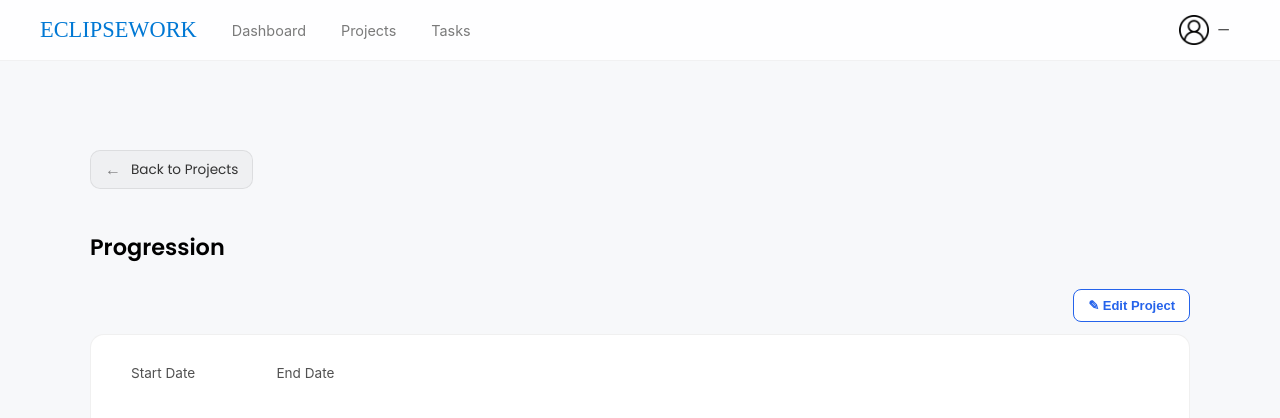
Repository: lynaannou/work-management-app
Page: src/main/resources/ressources/view/workspace.html
An editor plug-in stored every save of this project. The page is shown before and after the next save, followed by the edit.
The browser window is 1280 px wide. The pictures show the whole page.
Some web fonts or font styles are not loaded; a fallback is used.

Above is the page before, as saved 2025-12-25 11:29:38.

After the next save:
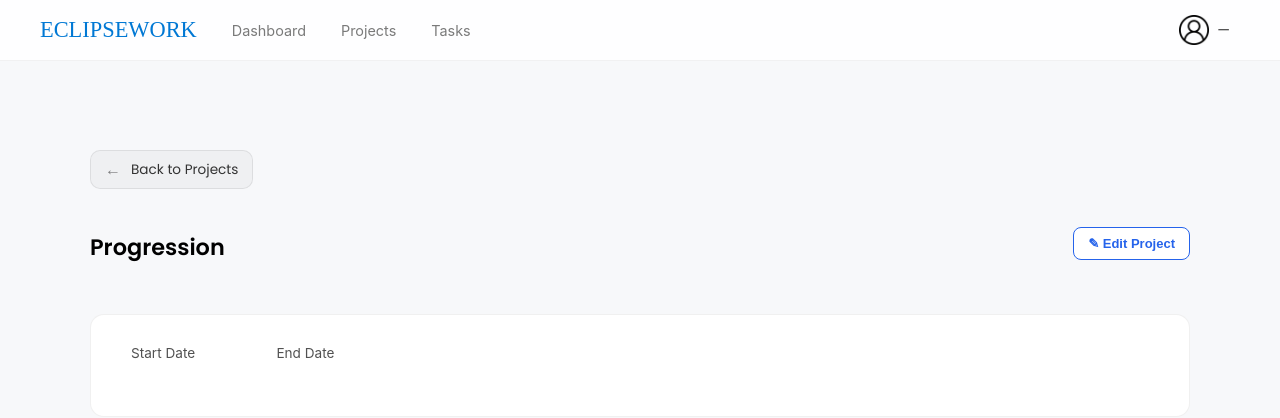
Saved 14 s later.
--- a/src/main/resources/ressources/view/workspace.css
+++ b/src/main/resources/ressources/view/workspace.css
@@ -97,6 +97,13 @@ nav a:hover {
     color: #000;
     max-width: 1100px;
 }
+.workspace-header {
+    display: flex;
+    justify-content: space-between;
+    align-items: center;
+    margin-bottom: 25px;
+}
+
 
 
 /* ===============================
